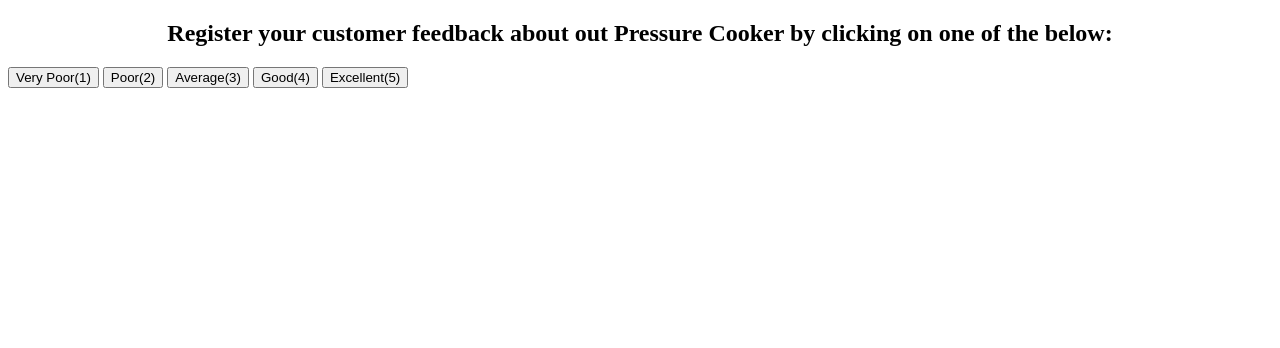
Repository: isaurabhkr/Spring-JavaCourse-101
Page: Spring/WP/GoodsteamProject/WebContent/input.html
These files come from the project's save history. The page is drawn as it stood at one moment and after the next save; the edit follows.
The browser window is 1280 px wide. The pictures show the whole page.

Above is the page before, as saved 2019-08-06 07:36:53.

After the next save:
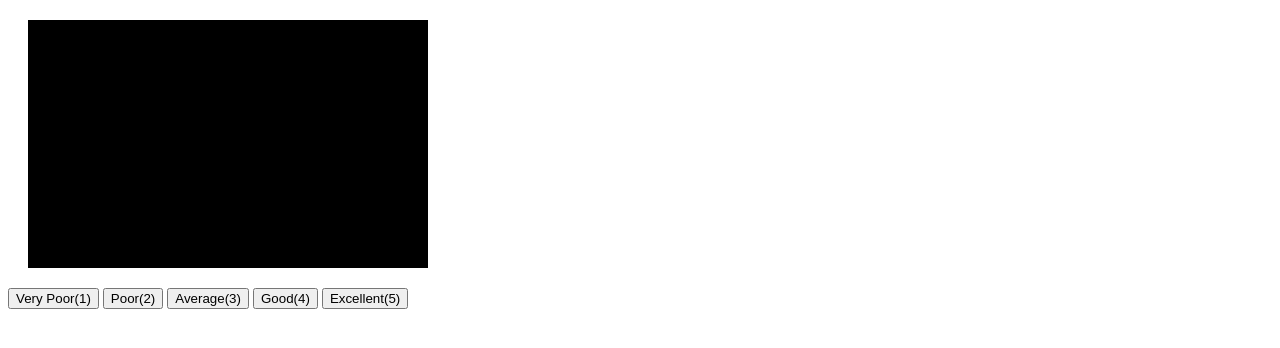
Saved 91 s later.
--- a/Spring/WP/GoodsteamProject/WebContent/input.html
+++ b/Spring/WP/GoodsteamProject/WebContent/input.html
@@ -1,12 +1,22 @@
 <!DOCTYPE html>
 <html>
 <head>
+<style>
+div {
+  background-color: black;
+  width: 300px;
+  border: 10px grey;
+  padding: 50px;
+  margin: 20px;
+}
+</style>
 <meta charset="ISO-8859-1">
 <title>Please Register Feedback</title>
 </head>
 <body>
+<div>
 <h2 align ="center"> Register your customer feedback about out Pressure Cooker by clicking on one of the below:</h2>
-
+</div>
 <form action="handlein" method="post">
 <input type=submit name = "in1" value="Very Poor(1)">
 <input type=submit name ="in1" value="Poor(2)">
